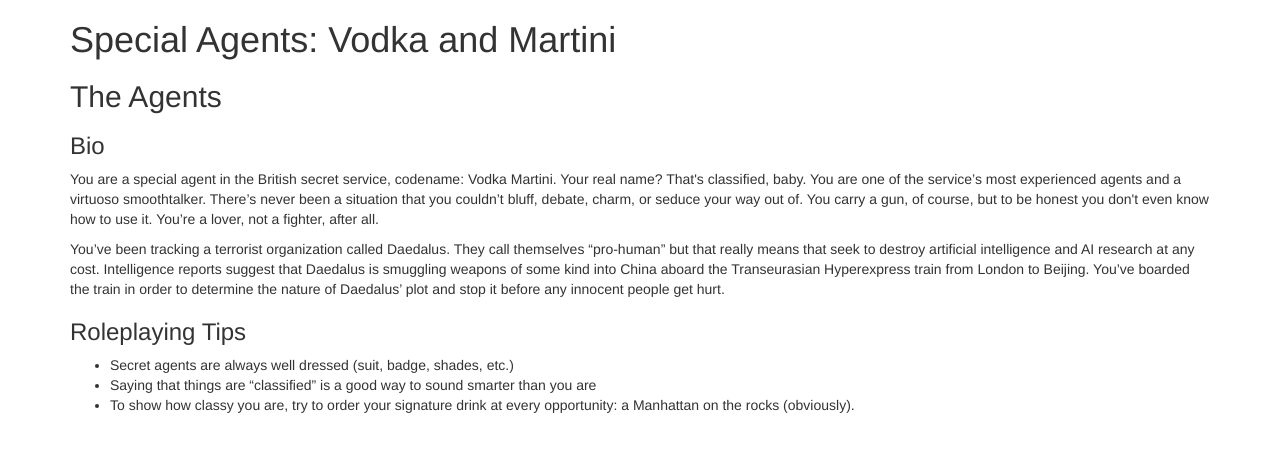
Repository: adleong/train-mystery
Page: agent/index.html
The author's editor kept a record of every edit. The page is drawn from the files as they stood at one moment, then again after the next edit.
The browser window is 1280 px wide. The pictures show the whole page.
Some web libraries are served in a nearby version.

Above is the page before.

After the next edit:
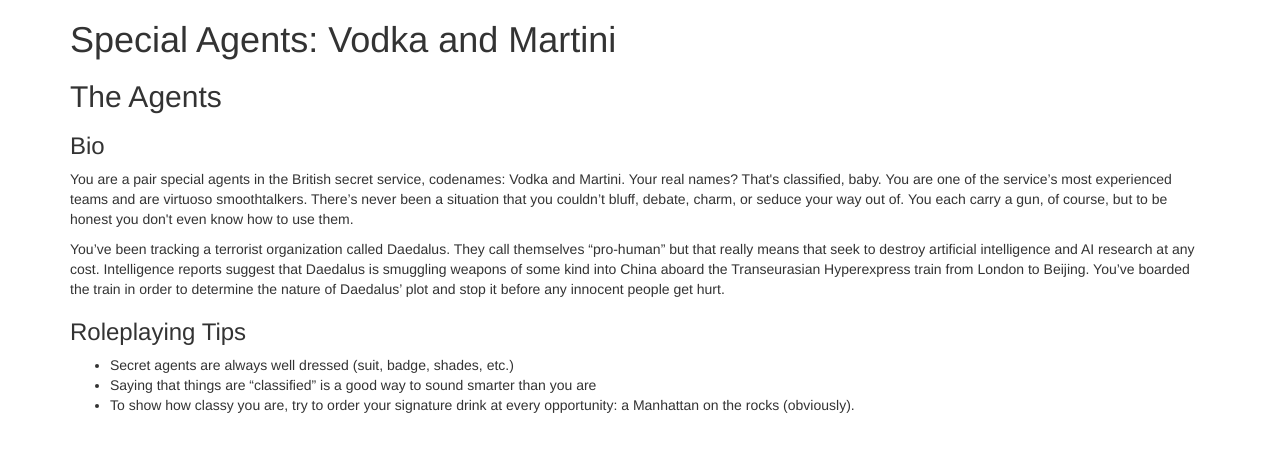
The edit:
--- a/agent/index.html
+++ b/agent/index.html
@@ -34,7 +34,7 @@
 
 <h3>Bio</h3>
 <p>
-You are a special agent in the British secret service, codename: Vodka Martini. Your real name? That's classified, baby. You are one of the service’s most experienced agents and a virtuoso smoothtalker. There’s never been a situation that you couldn’t bluff, debate, charm, or seduce your way out of.  You carry a gun, of course, but to be honest you don't even know how to use it. You’re a lover, not a fighter, after all.
+You are a pair special agents in the British secret service, codenames: Vodka and Martini. Your real names? That's classified, baby. You are one of the service’s most experienced teams and are virtuoso smoothtalkers. There’s never been a situation that you couldn’t bluff, debate, charm, or seduce your way out of.  You each carry a gun, of course, but to be honest you don't even know how to use them.
 </p>
 <p>
 You’ve been tracking a terrorist organization called Daedalus. They call themselves “pro-human” but that really means that seek to destroy artificial intelligence and AI research at any cost. Intelligence reports suggest that Daedalus is smuggling weapons of some kind into China aboard the Transeurasian Hyperexpress train from London to Beijing. You’ve boarded the train in order to determine the nature of Daedalus’ plot and stop it before any innocent people get hurt.
